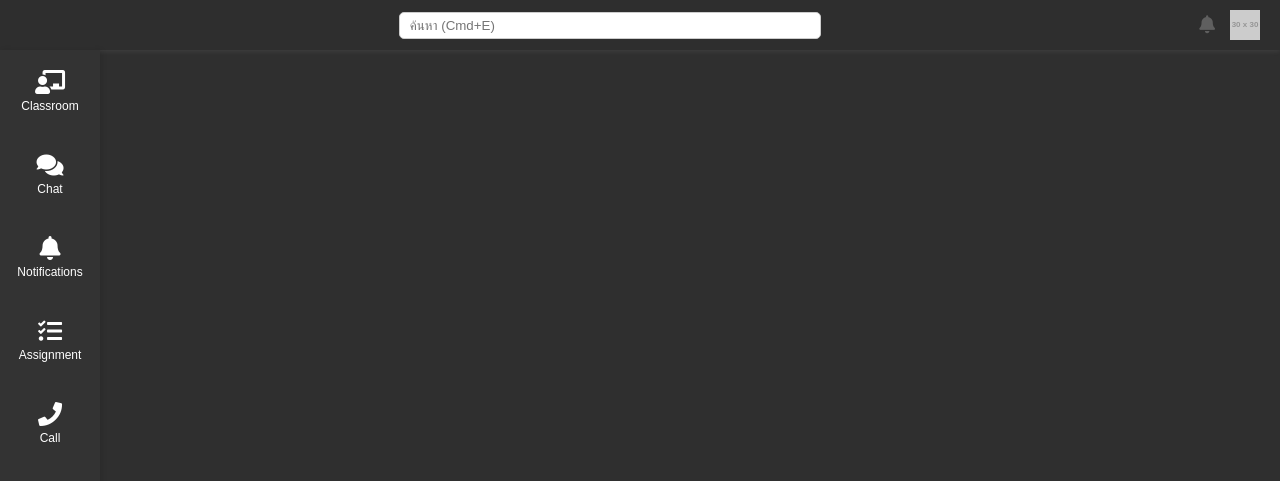
Repository: praifas16/ProPro
Page: docs/studenthead.html
The author's editor kept a copy of each file at every save. The page is drawn from the files as they stood at one save, then again after the next save.
The browser window is 1280 px wide. The pictures show the whole page.

Above is the page before, as saved 2024-08-21 21:00:46.

After the next save:
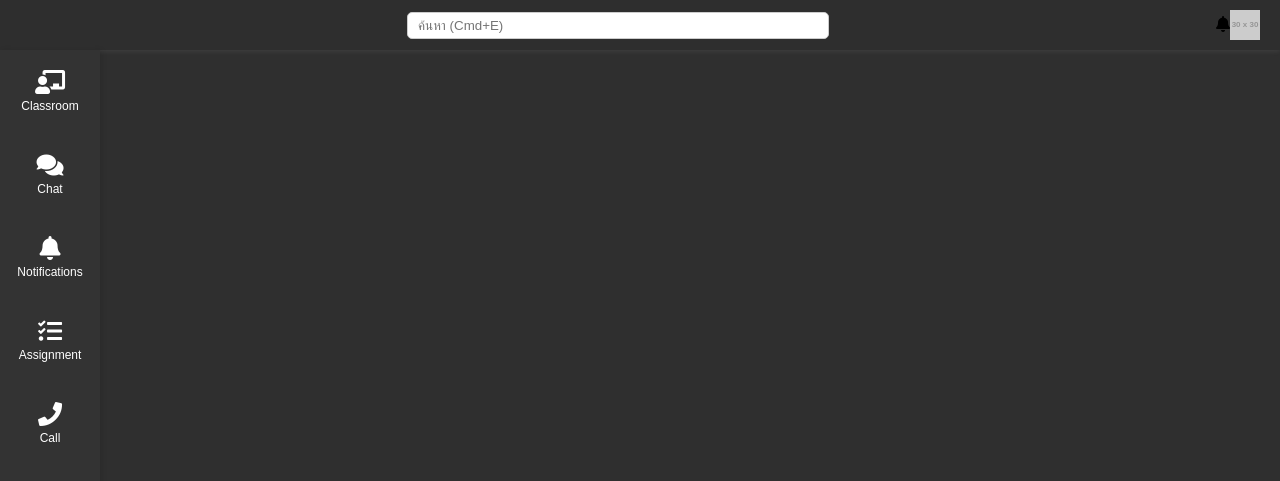
Saved 11 s later.
--- a/docs/studenthead.html
+++ b/docs/studenthead.html
@@ -44,14 +44,6 @@
       .topbar .user-section {
         display: flex;
         align-items: center;
-      }
-
-      .topbar .user-section .notification {
-        margin-right: 15px;
-        position: relative;
-        font-size: 18px;
-        color: #5f5f5f;
-        cursor: pointer;
       }
 
       /* เมนูแถบข้าง */
